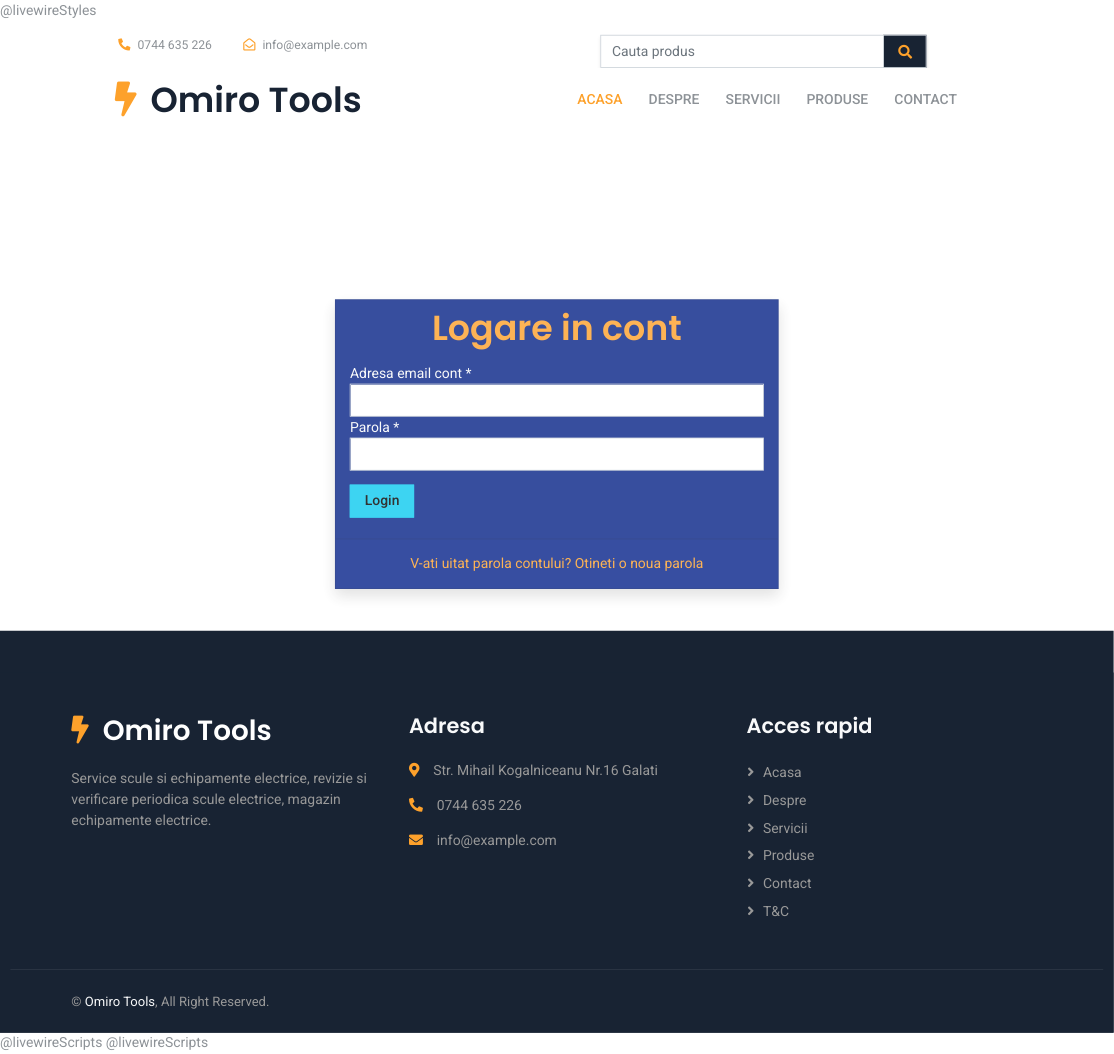
Repository: sorina0109/laravel_test
Page: http://localhost/login
These files come from the project's save history. The page is drawn as it stood at one moment and after the next save; the edit follows.
The browser window is 1280 px wide. The pictures show the whole page, at 87% of full size.
Some web libraries are served in a nearby version. The page is served by the project's Laravel application, run on PHP 8.4 with Laravel 10. Other server files are loaded and not shown.

Above is the page before, as saved 2023-08-15 15:36:15.

### routes/web.php
<?php

use Illuminate\Support\Facades\Route;

/*
|--------------------------------------------------------------------------
| Web Routes
|--------------------------------------------------------------------------
|
| Here is where you can register web routes for your application. These
| routes are loaded by the RouteServiceProvider within a group which
| contains the "web" middleware group. Now create something great!
|
*/

//Route::get('/', function () {
//    return view('welcome');
//});

Route::get('/dashboard', function () {
    return view('dashboard');
})->middleware(['auth'])->name('dashboard');

require __DIR__ . '/auth.php';
// rutele publice
require __DIR__ . '/front/pages.php';
//rutele pentru panoul de control al utilizatorilor
require __DIR__ . '/front/user.php';
//rutele pentru panoul de control al utilizatorilor
require __DIR__ . '/front/contact.php';

//rutele pentru personalul administrativ al sitului
require __DIR__ . '/admin/staff.php';

//rutele pentru userii externi ai sitului
require __DIR__ . '/admin/users.php';

//========================================
//rutele de administrare a continutului
//=======================================


//rutele pentru sectiuni
require __DIR__ . '/admin/content/sections.php';

//rutele pentru categorii
require __DIR__ . '/admin/content/categories.php';

//rutele pentru branduri
require __DIR__ . '/admin/content/brands.php';

//rutele pentru produse
require __DIR__ . '/admin/content/products.php';


// ======================
//rutele frontend pentru continut
// ========================

//rutele publice pentru sectiuni, categorii si produse
require __DIR__ . '/front/content/products.php';

### app/Http/Controllers/Auth/EmailVerificationPromptController.php
<?php

namespace App\Http\Controllers\Auth;

use App\Http\Controllers\Controller;
use App\Providers\RouteServiceProvider;
use Illuminate\Http\Request;

class EmailVerificationPromptController extends Controller
{
    /**
     * Display the email verification prompt.
     *
     * @param  \Illuminate\Http\Request  $request
     * @return mixed
     */
    public function __invoke(Request $request)
    {
        return $request->user()->hasVerifiedEmail()
            // ? redirect()->intended(RouteServiceProvider::HOME)
            ? redirect()->intended(route('home'))
            // : view('auth.verify-email');
            : view('front.user.verify-email');
    }
}

### routes/front/pages.php
<?php
use Illuminate\Support\Facades\Route;
use App\Http\Controllers\Front\PagesController;



//rutele pentru paginile publice
Route::get('/', [PagesController::class, 'homePage'])->name('home');
Route::get('/shop', [PagesController::class, 'shopPage'])->name('shop');
Route::get('/contact', [PagesController::class, 'contactPage'])->name('contact');
Route::get('/servicii', [PagesController::class, 'serviciiPage'])->name('servicii');
Route::get('/despre', [PagesController::class, 'desprePage'])->name('despre');
Route::get('/search', [PagesController::class, 'searchPage'])->name('search');
Route::get('/termeni',[PagesController::class, 'termeniPage'])->name('termeni');

### routes/front/user.php
<?php

use Illuminate\Support\Facades\Route;
use App\Http\Controllers\Front\UserController;

//rutele pentru paginile publice

Route::prefix('user/cpanel')->middleware(['verified', 'auth'])->group(function () {

    Route::get('/', [UserController::class, 'showSettings'])->name('settings');
    Route::get('/reset-pass', [UserController::class, 'showResetPass'])->name('reset-pass');
    Route::post('/reset-pass', [UserController::class, 'resetPass'])->name('change-pass');
    Route::post('/sesizari', [UserController::class, 'sesizariUser'])->name('sesizari');

});

### routes/front/contact.php
<?php

use Illuminate\Support\Facades\Route;
use App\Http\Controllers\Front\UserController;
use App\Http\Controllers\Front\ContactController;


// ruta pentru formularul de contact
Route::post('/contact', [ContactController::class, 'storeContact'])->name('contact.store');

### routes/admin/staff.php
<?php

use App\Http\Controllers\Admin\AuthController;
use App\Http\Controllers\Admin\ManagerController;
use App\Http\Controllers\Admin\PersonalController;
use Illuminate\Support\Facades\Route;

//rutele pentru autentificarea membrilor staffului
Route::prefix('staff')->group(function () {

    Route::middleware('guest')->group(function () {

        Route::get('/login', [AuthController::class, 'loginForm'])->name('staff.login');
        Route::post('/login', [AuthController::class, 'login'])->name('staff.auth');
    });
});

Route::prefix('staff/cpanel')->middleware(['auth:staff'])->group(function () {
    Route::get('/', [PersonalController::class, 'showControlPanel'])->name('control-panel');

    //logout staff
    Route::post('/logout', [AuthController::class, 'logout'])->name('logout-staff');
});

//rutele pentru manageri
Route::prefix('staff/cpanel/manager')->middleware(['auth:staff', 'manager'])->group(function () {
    Route::get('staff', [ManagerController::class, 'showStaff'])->name('show.staff');

    //adaugarea unui membru staff
    //Route::get('staff/new', [ManagerController::class, 'newStaff'])->name('new.staff');
    //Route::post('staff/new', [ManagerController::class, 'createStaff'])->name('create.staff');

    //editarea dateluor unui membru staff
    //Route::get('staff/edit/{id}', [ManagerController::class, 'editStaff'])->name('edit.staff');
    //Route::put('staff/edit/{id}', [ManagerController::class, 'updateStaff'])->name('update.staff');

    //modificarea parolei unui membru staff
    //Route::put('/staff/edit/pass/{id}', [ManagerController::class, 'updatePassword'])->name('password.staff');

    //blocarea unui membru staff
    //Route::delete('/staff/block/{id}', [ManagerController::class, 'blockStaff'])->name('block.staff');

    //deblocarea unui membru stafff
    //Route::put('/staff/restore/{id}', [ManagerController::class, 'restoreStaff'])->name('restore.staff');

    // stergerea definitiva a unui membru stafff
    //blocarea unui membru staff
    // Route::delete('/staff/remove/{id}', [ManagerController::class, 'removeStaff'])->name('remove.staff');
});

### routes/admin/users.php
<?php

use Illuminate\Support\Facades\Route;
use App\Http\Controllers\Admin\UsersController;



//rutele pentru administrarea userilor externi
Route::prefix('staff/cpanel/users')->middleware(['auth:staff', 'manager'])->group(function () {

    //ruta pentru afisarea userilor externi
    Route::get('show', [UsersController::class, 'showUsers'])->name('show.users');

    // ruta pentru afisare mesaje de la utilizatori
    Route::get('list', [UsersController::class, 'listContact'])->name('list.contact');

    // ruta pentru stergerea mesajelor de la utilizatori
    Route::delete('list/contact/{id}', [UsersController::class, 'deleteContact'])->name('contact.delete');

});

### routes/admin/content/sections.php
<?php

use Illuminate\Support\Facades\Route;
use App\Http\Controllers\Admin\Content\SectionsController;

Route::prefix('staff/content/sections')->middleware(['auth:staff'])->group(function () {
    //afisam lista cu sectiuni
    Route::get('list', [SectionsController::class, 'listSections'])->name('sections.list');
    Route::get('new', [SectionsController::class, 'newSection'])->name('sections.new');

    //crearea unei noi sectiuni
    Route::post('new', [SectionsController::class, 'addSection'])->name('sections.add');
    //afisarea formularului de editare a unei sectiuni
    Route::get('edit/{id}', [SectionsController::class, 'editSection'])->name('sections.edit');
    //updatarea unei sectiuni
    Route::put('update/{id}', [SectionsController::class, 'updateSection'])->name('sections.update');
    //Stergerea unei sectiuni
    Route::delete('delete/{id}', [SectionsController::class, 'deleteSection'])->name('section.delete');
});

### routes/admin/content/categories.php
<?php

use Illuminate\Support\Facades\Route;
use App\Http\Controllers\Admin\Content\CategoriesController;


Route::prefix('staff/content/categories')->middleware(['auth:staff'])->group(function () {
    //afisam lista cu sectiuni
    Route::get('list', [CategoriesController::class, 'listCategories'])->name('categories.list');

    //crearea unei noi categorii pentru o anumita sectiune
    Route::get('new/{id}', [CategoriesController::class, 'newCategory'])->name('categories.new');
    Route::post('new/{id}', [CategoriesController::class, 'addCategory'])->name('categories.add');

    //editarea categoriilor
    Route::get('edit/{id}', [CategoriesController::class, 'editCategory'])->name('categories.edit');
    Route::put('update/{id}', [CategoriesController::class, 'updateCategory'])->name('categories.update');


    //adaugarea unei galerii foto pentru categorii
    Route::get('photos/{id}',  [CategoriesController::class, 'photosCategory'])->name('categories.photos');
});

### routes/admin/content/brands.php
<?php

use Illuminate\Support\Facades\Route;
use App\Http\Controllers\Admin\Content\BrandsController;

Route::prefix('staff/content/brands')->middleware(['auth:staff'])->group(function () {
    //afisam lista cu sectiuni
    Route::get('list', [BrandsController::class, 'listBrands'])->name('brands.list');

    //crearea unui nou brand
    Route::get('new', [BrandsController::class, 'newBrand'])->name('brands.new');
    Route::post('new', [BrandsController::class, 'addBrand'])->name('brands.add');

    //editarea brandurilor
    Route::get('edit/{id}', [BrandsController::class, 'editBrand'])->name('brands.edit');
    Route::put('update/{id}', [BrandsController::class, 'updateBrand'])->name('brands.update');
    Route::delete('delete/{id}', [BrandsController::class, 'deleteBrand'])->name('brand.delete');


    // adaugarea unei galerii foto pentru branduri
    Route::get('photos/{id}',  [BrandsController::class, 'photosCategory'])->name('brands.photos');
});

### routes/admin/content/products.php
<?php

use Illuminate\Support\Facades\Route;
use App\Http\Controllers\Admin\Content\ProductsController;

Route::prefix('staff/content/products')
    ->middleware(['auth:staff'])
    ->controller(ProductsController::class)
    ->group(function () {

        //afisam lista produselor
        Route::get('list', 'listProducts')->name('products.list');

        //crearea unui nou produs
        Route::get('new', 'newProduct')->name('products.new');
        Route::post('new', 'addProduct')->name('products.add');

        //editarea unui produs
        Route::get('edit/{id}/{currentPage?}', 'editProduct')->name('products.edit');
        Route::put('update/{id}', 'updateProduct')->name('products.update');
        Route::delete('delete/{id}', 'deleteBrand')->name('products.delete');

        //adaugarea unei galerii foto pentru categorii
        Route::get('photos/{id}/{currentPage?}',  'photosProducts')->name('products.photos');



        //editarea categoriilor
        // Route::get('edit/{id}', [CategoriesController::class, 'editCategory'])->name('categories.edit');
        // Route::put('update/{id}', [CategoriesController::class, 'updateCategory'])->name('categories.update');


        //adaugarea unei galerii foto pentru categorii
        // Route::get('photos/{id}',  [CategoriesController::class, 'photosCategory'])->name('categories.photos');
    });

### routes/front/content/products.php
<?php


use Illuminate\Support\Facades\Route;
use App\Http\Controllers\Front\SectionsController;
use App\Http\Controllers\Front\BrandsController;
use App\Http\Controllers\Front\ProductController;

//rutele pentru paginile publice
Route::get('/section/{slug}', [SectionsController::class, 'showSection'])->name('section');
Route::get('/section/products/{slug}', [SectionsController::class, 'showSectionProducts'])->name('section.products');

//Afisam pagina unei categorii
Route::get('/category/{slug}', [SectionsController::class, 'showCategory'])->name('category');
Route::get('/category/products/{slug}', [SectionsController::class, 'showCategoryProducts'])->name('category.products');


//afisam pagina cu brandurui in front-end
Route::get('brands/', [BrandsController::class, 'listBrands'])->name('brands');

//afisam pagina unui brand
Route::get('brand/{slug}', [BrandsController::class, 'viewBrand'])->name('brand');

//afisam produsele unui brand
Route::get('brand/products/{slug}', [BrandsController::class, 'viewBrandProducts'])->name('brand.products');


// routa unui produs
Route::get('product/{slug}', [ProductController::class, 'showProduct'])->name('product');

//routa de cautare produse
Route::get('products/search', [ProductController::class, 'searchProduct'])->name('products.search');

### app/Http/Controllers/Auth/AuthenticatedSessionController.php
<?php

namespace App\Http\Controllers\Auth;

use App\Http\Controllers\Controller;
use App\Http\Requests\Auth\LoginRequest;
use App\Providers\RouteServiceProvider;
use Illuminate\Http\Request;
use Illuminate\Support\Facades\Auth;

class AuthenticatedSessionController extends Controller
{
    /**
     * Display the login view.
     *
     * @return \Illuminate\View\View
     */
    public function create()
    {
        return view('front.user.login');
    }

    /**
     * Handle an incoming authentication request.
     *
     * @param  \App\Http\Requests\Auth\LoginRequest  $request
     * @return \Illuminate\Http\RedirectResponse
     */
    public function store(LoginRequest $request)
    {
        $request->authenticate();

        $request->session()->regenerate();

        //return redirect()->intended(RouteServiceProvider::HOME);
        return redirect()->intended(route('home'));
    }

    /**
     * Destroy an authenticated session.
     *
     * @param  \Illuminate\Http\Request  $request
     * @return \Illuminate\Http\RedirectResponse
     */
    public function destroy(Request $request)
    {
        Auth::guard('web')->logout();

        $request->session()->invalidate();

        $request->session()->regenerateToken();

        return redirect('/');
    }
}

### resources/views/front/template.blade.php
@include('front.partials.head')

<body>

    <!-- Top Start -->
    <section class="top bg-white ">
        <div class="container-fluid px-xl-5  ">
            <div class="row px-xl-5 ">
                @include('front.partials.topbar')
                @include('front.partials.navbar')

            </div>
        </div>
    </section>
    <!-- Top End -->

    <!-- Content Start -->
    <section class="content">

        @yield('content')
    </section>
    <!-- Content End -->

    <!-- Footer Start -->
    <section class="footer bg-dark pt-5">

        @include('front.partials.footer')
    </section>
    <!-- Footer End -->


    <!-- Back to Top -->
    <a href="#" class="btn btn-lg btn-primary btn-lg-square back-to-top"><i class="bi bi-arrow-up"></i></a>

    @include('front.partials.scripts')

    @livewireScripts

</body>

</html>

### resources/views/front/partials/head.blade.php
<!DOCTYPE html>
<html lang="en">

<head>
    <meta charset="utf-8">
    <title>@yield('meta_title', 'Omiro Tools')</title>
    <meta content="width=device-width, initial-scale=1.0" name="viewport">
    <meta content="@yield('meta_keywords', 'service scule si echipamente electrice, magazin scule si echipamente electrice')" name="keywords">
    <meta content="@yield('meta_description', 'service scule si echipamente electrice, magazin scule si echipamente electrice')" name="description">


    <!-- Favicon -->
    <link href="img/favicon.ico" rel="icon">

    <!-- Google Web Fonts -->
    <link rel="preconnect" href="https://fonts.googleapis.com">
    <link rel="preconnect" href="https://fonts.gstatic.com" crossorigin>
    <link href="https://fonts.googleapis.com/css2?family=Roboto:wght@400;500&family=Poppins:wght@600;700&display=swap" rel="stylesheet">

    <!-- Icon Font Stylesheet -->
    <link href="https://cdnjs.cloudflare.com/ajax/libs/font-awesome/5.10.0/css/all.min.css" rel="stylesheet">
    <link href="https://cdn.jsdelivr.net/npm/bootstrap-icons@1.4.1/font/bootstrap-icons.css" rel="stylesheet">

    <!-- Libraries Stylesheet -->
    <link href="{{ asset('front/lib/animate/animate.min.css') }}" rel="stylesheet">
    <link href="{{ asset('front/lib/owlcarousel/assets/owl.carousel.min.css')}}" rel="stylesheet">

    <!-- Customized Bootstrap Stylesheet -->
    <link href="{{ asset('front/css/bootstrap.min.css') }}" rel="stylesheet">

    <!-- Customized Bootstrap Stylesheet -->
    <link href="{{ asset('front/css/custom.css') }}" rel="stylesheet">
    <!-- Template Stylesheet -->
    <link href="{{ asset('front/css/style.css') }}" rel="stylesheet">



    @livewireStyles
    @yield('customCss')


</head>

### resources/views/front/partials/topbar.blade.php
<!-- Topbar Start -->
<div class="container-fluid p-0">
    <div class="row  d-none d-lg-flex">
        <div class="col-lg-6 px-5 text-start">
            <div class="h-100 d-inline-flex align-items-center px-3">
                <small class="fa text-primary fa-phone-alt me-2"></small>
                <small>0744 635 226</small>
            </div>
            <div class="h-100 d-inline-flex align-items-center px-3">
                <small class="far text-primary fa-envelope-open me-2"></small>
                <small>info@example.com</small>
            </div>
            <div class="h-100 d-inline-flex align-items-center px-3">
                <small class="far text-primary fa-clock me-2"></small>
                <small>Luni - Vineri : 08.30 - 17.30</small>
            </div>
        </div>
        <div class="col-lg-5 d-none d-lg-block text-end px-5 pt-3" >
            <form style="display: inline-block;" action="{{ route('search') }}" method="GET" id="search-bar">
                <div class="input-group shadow-sm" style="width: 375px;">
                    <input name="search_product" type="text" class="form-control " placeholder="Cauta produs" >
                    <div class="input-group-append" onclick="document.getElementById('search-bar').submit()"
                            style="cursor:pointer;">
                        <span class="input-group-text shadow-sm bg-dark text-light">
                                <i class="fa text-primary fa-search p-1"></i>
                        </span>
                    </div>
                </div>
            </form>
        </div>


    </div>
</div>
<!-- Topbar End -->

### resources/views/front/partials/navbar.blade.php


<nav class="navbar navbar-expand-lg bg-white navbar-light sticky-top px-4 px-lg-5 py-lg-0">
    <a href="{{ route('home')}}" class="navbar-brand d-flex align-items-center">
        <h1 class="m-0"><i class="fa fa-bolt  text-primary me-3"></i>Omiro Tools</h1>
    </a>
    <button type="button" class="navbar-toggler" data-bs-toggle="collapse" data-bs-target="#navbarCollapse">
        <span class="navbar-toggler-icon"></span>
    </button>
    <div class="collapse navbar-collapse px-5" id="navbarCollapse">

        <div class="navbar-nav ms-auto py-3 py-lg-0">
            <a href="{{ route('home')}}" class="nav-item nav-link active">Acasa</a>
            <a href="{{ route('despre')}}" class="nav-item nav-link">Despre</a>
            <a href="{{ route('servicii')}}" class="nav-item nav-link">Servicii</a>
            <a href="{{ route('shop')}}" class="nav-item nav-link">Produse</a>
            <a href="{{ route('contact')}}" class="nav-item nav-link">Contact</a>
        </div>
    </div>
</nav>

### resources/views/front/partials/scripts.blade.php


<!-- JavaScript Libraries -->

<script src="https://code.jquery.com/jquery-3.4.1.min.js"></script>
<script src="https://cdn.jsdelivr.net/npm/bootstrap@5.0.0/dist/js/bootstrap.bundle.min.js"></script>

<script src="{{ asset('front/lib/wow/wow.min.js') }}"></script>
    <script src="{{ asset('front/lib/easing/easing.min.js') }}"></script>
    <script src="{{ asset('front/lib/waypoints/waypoints.min.js') }}"></script>
    <script src="{{ asset('front/lib/owlcarousel/owl.carousel.min.js') }}"></script>

<!-- Contact Javascript File -->
<script src="{{ asset('front/mail/jqBootstrapValidation.min.js') }}"></script>
<script src="{{ asset('front/mail/contact.js') }}"></script>

<!-- Template Javascript -->

<script src="{{asset('front/js/main.js') }}"></script>

<script src="{{asset('front/js/custom.js') }}"></script>
<script src="//cdn.jsdelivr.net/npm/sweetalert2@11"></script>

@livewireScripts
@yield('customJs')

Loaded but not shown: routes/auth.php (common file); app/Http/Controllers/Controller.php (common file); app/Http/Controllers/Auth/VerifyEmailController.php (common file); public/front/lib/animate/animate.min.css (library); public/front/lib/owlcarousel/assets/owl.carousel.min.css (common file); public/front/css/bootstrap.min.css (library); public/front/lib/wow/wow.min.js (library); public/front/lib/easing/easing.min.js (common file); public/front/lib/waypoints/waypoints.min.js (library); public/front/lib/owlcarousel/owl.carousel.min.js (library); public/front/js/main.js (58 lines, source omitted); public/front/css/style.css (358 lines, source omitted); resources/views/front/partials/footer.blade.php (52 lines, source omitted); resources/views/front/user/login.blade.php (53 lines, source omitted); public/front/css/custom.css (empty)

After the next save:
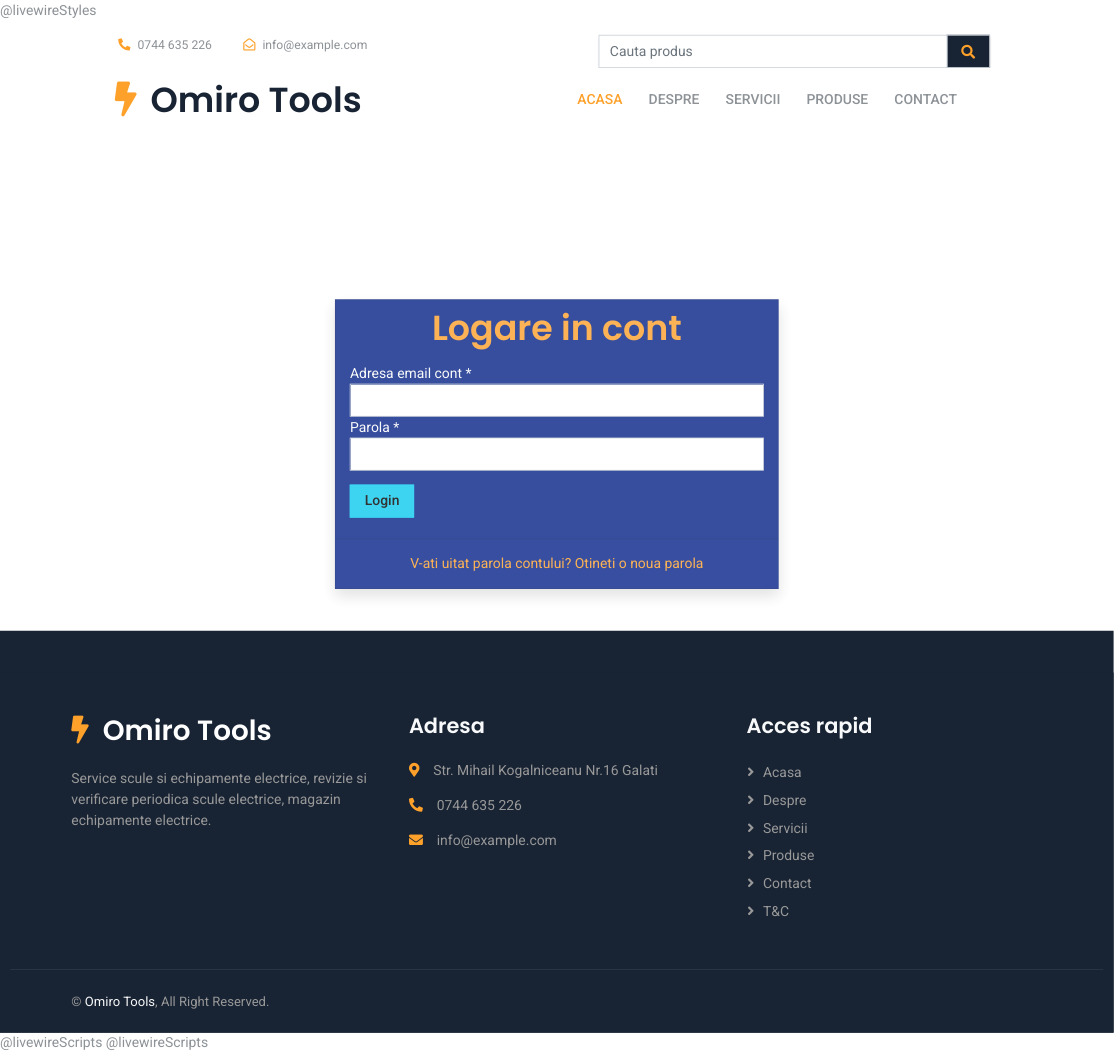
Saved 2 min 29 s later.
--- a/resources/views/front/partials/topbar.blade.php
+++ b/resources/views/front/partials/topbar.blade.php
@@ -17,7 +17,7 @@
         </div>
         <div class="col-lg-5 d-none d-lg-block text-end px-5 pt-3" >
             <form style="display: inline-block;" action="{{ route('search') }}" method="GET" id="search-bar">
-                <div class="input-group shadow-sm" style="width: 375px;">
+                <div class="input-group shadow-sm" style="width: 450px;">
                     <input name="search_product" type="text" class="form-control " placeholder="Cauta produs" >
                     <div class="input-group-append" onclick="document.getElementById('search-bar').submit()"
                             style="cursor:pointer;">
